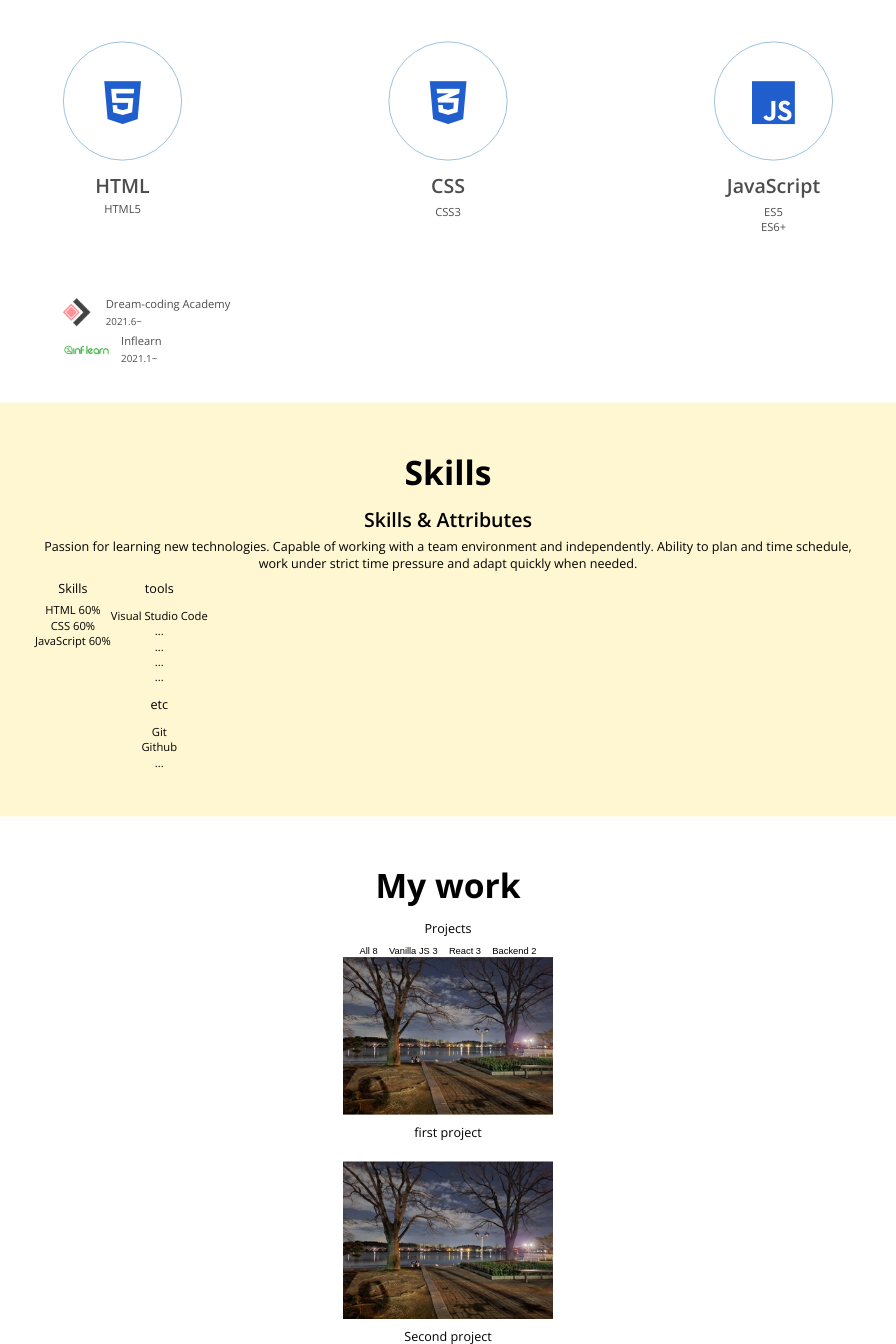
Repository: delphkim/portfolio
Page: index.html
The author's editor kept a copy of each file at every save. The page is drawn from the files as they stood at one save, then again after the next save.
The browser window is 1280 px wide. The pictures show the part of the page from y = 976 to 2896 px (the page is 5923 px tall), at 70% of full size.
Some web libraries are served in a nearby version.

Above is the page before, as saved 2021-08-04 13:04:54.

### index.html
<!DOCTYPE html>
<html lang="en">
  <head>
    <meta charset="UTF-8" />
    <meta http-equiv="X-UA-Compatible" content="IE=edge" />
    <meta name="viewport" content="width=device-width, initial-scale=1.0" />
    <title>DevelPhaba's Portfolio</title>
    <meta name="description" content="Portfolio for world-reknowned software engineer develPhaba"/>
    <meta name="author" content="develPhaba" />
    <link rel="icon" type="img/png" href="./imgs/favicon.png">
    <script src="https://kit.fontawesome.com/d2b892ca94.js" crossorigin="anonymous"></script>
    <link rel="preconnect" href="https://fonts.googleapis.com" />
    <link rel="preconnect" href="https://fonts.gstatic.com" crossorigin />
    <link href="https://fonts.googleapis.com/css2?family=Open+Sans:wght@400;600;700&display=swap" rel="stylesheet"/>
    <!-- CSS rules to specify families -->
    <!-- 1. font-family: 'Open Sans', sans-serif;  -->
    <link rel="stylesheet" href="./style.css">
    <script src="./main.js" defer></script>
  </head>
  <body>
    <!-- Navbar -->
    <nav id="navbar">
      <div class="navbar__logo">
        <img class="navbar__icon" src="./imgs/favicon.png" alt="logo">
        <a href="#">develPhaba</a>
      </div>

        <ul class="navbar__menu">
          <li class="navbar__menu__item active">Home</li>
          <li class="navbar__menu__item">About</li>
          <li class="navbar__menu__item">Skills</li>
          <li class="navbar__menu__item">My work</li>
          <li class="navbar__menu__item">Testimonials</li>
          <li class="navbar__menu__item">Contact</li>
        </ul>

    </nav>
    <!-- Home -->
    <section id="home">
      <img src="./imgs/home.jpg"
           alt="develPhabas' profile photo"
           class="home__avatar">
           <h1 class="home__title">Hello, <br>I'm develPhaba</br></h1>
           <h2 class="home__description">Front-end engineer, who wants to be a Full-stack engineer </h2>
           <button class="home__contact">Contact me</button>
    </section>
    <!-- About -->
    <section id="about" class="section section__container">
      <h1>About me</h1>
      <p>I've studied front-end skills.
        <br>After working as a front-end endgineer for several years,
        <br>I want to broaden my skill stack.
      </p>
      <div class="about__majors">
        <div class="major">
          <div class="major__icon">
            <i class="fab fa-html5"></i>
          </div>
          <h2 class="major__title">HTML</>
          <p class="major__description">HTML5</p>
        </div>
        <div class="major">
            <div class="major__icon">
              <i class="fab fa-css3-alt"></i>
            </div>
            <h2 class="major__title">CSS</h2>
            <p class="major__description">CSS3</p>
        </div>
        <div class="major">
          <div class="major__icon">
            <i class="fab fa-js"></i>
          </div>
          <h2 class="major__title">JavaScript</h2>
          <p class="major__description">ES5<br>ES6+</p>
        </div>
      </div>
      <div class="about__schools">
        <div class="school">
          <img src="./imgs/schools/dream-coding.png" alt="dream-coding" class="school__logo">
          <div class="school__description">
             <p class="school__title">Dream-coding Academy</p>
             <p class="school__years">2021.6~</p>
          </div>
        </div>
        <div class="school">
          <img src="./imgs/schools/inflearn.png" alt="inflearn" class="school__logo">
          <div class="school__description">
             <p class="school__title">Inflearn</p>
             <p class="school__years">2021.1~</p>
          </div>
        </div>
      </div>

    </section>
    <!-- Skills -->
     <section id="skills" class="section">
       <div class="section__container">
           <h1>Skills</h1>
  <h2>Skills & Attributes</h2>
  <p>
    Passion for learning new technologies. Capable of working with a team environment
    and independently. Ability to plan and time schedule, work under
    strict time pressure and adapt quickly when needed.
  </p>
  <div class="skillset">
    <div class="skillset__left">
      <h3 class="skillset__title">Skills</h3>
      <div class="skill">
        <div class="skill__description">
          <span>HTML</span>
          <span>60%</span>
        </div>
        <div class="skill__bar">
          <div class="skill__value"></div>
        </div>
      </div>
      <div class="skill">
        <div class="skill__description">
          <span>CSS</span>
          <span>60%</span>
        </div>
        <div class="skill__bar">
          <div class="skill__value"></div>
        </div>
      </div>
      <div class="skill">
        <div class="skill__description">
          <span>JavaScript</span>
          <span>60%</span>
        </div>
        <div class="skill__bar">
          <div class="skill__value"></div>
        </div>
      </div>
    </div>
    <div class="skillset__right">
      <div class="tools">
        <h3 class="skillset__title">tools</h3>
        <ul class="tools__list">
          <li><span>Visual Studio Code</span></li>
          <li><span>...</span></li>
          <li><span>...</span></li>
          <li><span>...</span></li>
          <li><span>...</span></li>
        </ul>
      </div>
      <div class="etc">
        <h3 class="skillset__title">etc</h3>
        <ul class="ect__list">
          <li><span>Git</span></li>
          <li><span>Github</span></li>
          <li><span>...</span></li>
        </ul>
      </div>
    </div>
  </div>
       </div>
    </section>
   <!-- Work -->
    <section id="work" class="section">
      <h1>My work</h1>
      <h3>Projects</h3>
      <div class="work__categories">
        <button class="category__btn">All <span class="category__count">8</span></button>
        <button class="category__btn">Vanilla JS <span class="category__count">3</span></button>
        <button class="category__btn">React <span class="category__count">3</span></button>
        <button class="category__btn">Backend <span class="category__count">2</span></button>
      </div>
      <div class="work__projects">
        <a href="https://github.com/develPhaba/test"
           class="project"
           targe="blank">
           <img class="project__img" src="./imgs/projects/1.jpg" alt="one">
           <div class="project__description">
             <h3>first project</h3>
             <span>Clone coding with HTML and CSS</span>
           </div>
        </a>
        <a href="https://github.com/develPhaba/test"
           class="project"
           target="blank">
           <img class="project__img" src="./imgs/projects/2.jpg" alt="two">
           <div class="project__description">
            <h3>Second project</h3>
            <span>Clone coding with HTML, CSS and JavaScript</span>
          </div>
        </a>
        <a href="https://github.com/develPhaba/test"
           class="project"
           target="blank">
           <img class="project__img" src="./imgs/projects/3.jpg" alt="three">
           <div class="project__description">
            <h3>third project</h3>
            <span>Clone coding with HTML,CSS and JavaScript</span>
           </div>
        </a>
        <a href="https://github.com/develPhaba/test"
           class="project"
           target="blank">
          <img class="project__img" src="./imgs/projects/4.jpg" alt="four">
          <div class="project__description">
            <h3>fourth project</h3>
            <span>Clone coding,Front-end with React</span>
          </div>
        </a>
        <a href="https://github.com/develPhaba/test"
           class="project"
           target="blank">
          <img class="project__img" src="./imgs/projects/5.jpg" alt="five">
          <div class="project__description">
            <h3>fifth project</h3>
            <span>Clone coding,Front-end with React</span>
          </div>
        </a>
        <a href="https://github.com/develPhaba/test"
           class="project"
           target="blank">
          <img class="project__img" src="./imgs/projects/6.jpg" alt="six">
          <div class="project__description">
            <h3>sixth project</h3>
            <span>Clone coding,Front-end with React</span>
          </div>
        </a>
        <a href="https://github.com/develPhaba/test"
           class="project"
           target="blank">
           <img class="project__img" src="./imgs/projects/7.jpg" alt="seven">
           <div class="project__description">
            <h3>seventh project</h3>
            <span>Clone coding, Back-end with Node.js</span>
           </div>
        </a>
        <a href="https://github.com/develPhaba/test"
           class="project"
           target="blank">
           <img class="project__img" src="./imgs/projects/8.jpg" alt="eight">
           <div class="project__description">
            <h3>eighth project</h3>
            <span>Clone coding, Back-end with Node.js</span>
           </div>
        </a>
      </div>
    </section>
    <!-- Testimonials -->
    <section id="testimonials" class="section">
      <h1>Testimonials</h1>
      <h3>See what they say about me</h3>
      <div class="testimonials">
        <div class="testimonial">
          <img src="./imgs/testimonial/people1.jpg"
               alt="people"
               class="testimonial__avatar">
               <div class="testimonial__speech-bubble">
                 <p>Lorem ipsum dolor sit amet consectetur adipisicing elit. Magnam, vitae.
                   Dolores sit in amet quos. Alias maiores accusantium dolore error illo eligendi,
                   vel sint aperiam nemo soluta debitis deserunt voluptas.</p>
                   <p class="name"><a href="https://github.com/develPhaba/test">TestName</a>/Test company</p>
               </div>
        </div>
        <div class="testimonial">
          <img src="./imgs/testimonial/people2.jpg"
               alt="people"
               class="testimonial__avatar">
               <div class="testimonial__speech-bubble">
                <p>Lorem ipsum dolor sit amet consectetur adipisicing elit. Magnam, vitae.
                  Dolores sit in amet quos. Alias maiores accusantium dolore error illo eligendi,
                  vel sint aperiam nemo soluta debitis deserunt voluptas.</p>
                <p class="name"><a href="https://github.com/develPhaba/test">TestName2</a>/Test company2</p>
              </div>
        </div>
      </div>
    </section>
    <!-- Contact -->
    <section id="contact" class="section">
      <h1 class="contact__title">Let's talk</h1>
      <h2 class="contact__email">hgkim9201@gmail.com</h2>
      <div class="contact__links">
      <a href="https://github.com/develPhaba">
        <i class="fa fa-github"></i>
      </a>
      <a href="">
      <i class="fa fa-linkedin-square"></i>
      </a>
      </div>
      <p class="contact__rights">Dreaming-coding Ellie -All rights reserved</p>
    </section>
  </body>
</html>

### style.css
:root {
  /* Color */
  --color-white: #ffffff;
  --color-light-white: #eeeeee;
  --color-dark-white: #bdbdbd;
  --color-pink: #fe918d;
  --color-dark-pink: #ff6863;
  --color-black: #4d4d4d;
  --color-dark-grey: #4d4d4d;
  --color-grey: #616161;
  --color-blue: #73aace;
  --color-yellow: #fff7d1;
  --color-orange: #feb546;
  --color-black: #000000;
  --color-green: #80deea;
  --color-sky-blue: #2979ff;
  --color-dark-blue: rgb(31, 94, 204);
  /* Font size */
  --font-large: 48px;
  --font-medium: 28px;
  --font-regular: 18px;
  --font-small: 16px;
  --font-micro: 14px;
  /* Font weight */
  --weight-bold: 700;
  --weight-semi-bold: 600;
  --weight-regular: 400;
  /* Size */
  --size-border-radius: 4px;
  /*Animation*/
  --animation-duration: 300ms;
}
/* Universal tags */
* {
  box-sizing: border-box;
}
body {
  font-family: "Open Sans", sans-serif;
  margin: 0;
  cursor: default;
}
a {
  text-decoration: none;
  color: var(--color-white);
}
ul {
  list-style: none;
  padding-left: 0;
}
h1 {
  font-size: var(--font-large);
  font-weight: var(--weight-bold);
  color: var(--color-black);
  margin: 16px 0;
}
h2 {
  font-size: var(--font-medium);
  font-weight: var(--weight-semi-bold);
  color: var(--color-black);
  margin: 8px 0;
}
h3 {
  font-size: var(--font-regular);
  font-weight: var(--weight-regular);
  color: var(--color-black);
  margin: 8px 0;
}
p {
  font-size: var(--font-regular);
  font-weight: var(--weight-regular);
  color: var(--color-black);
  margin: 4px 0;
}
button {
  background-color: transparent;
  cursor: pointer;
  border: none;
  outline: none;
}
/* Navbar */
#navbar {
  display: flex;
  justify-content: space-between;
  background-color: var(--color-sky-blue);
  align-items: center;
  color: var(--color-white);
  padding: 16px;
}
.navbar__logo {
  font-size: var(--font-medium);
  font-weight: var(--weight-semi-bold);
}
.navbar__icon {
  width: var(--font-medium);
  height: var(--font-medium);
}
.navbar__menu {
  display: flex;
}
.navbar__menu__item {
  padding: 8px 12px;
  margin: 0 4px;
  cursor: pointer;
  border-radius: var(--size-border-radius);
}
.navbar__menu__item:hover {
  background-color: var(--color-dark-blue);
}
.navbar__menu__item.active {
  border: 1px solid var(--color-white);
}
/*Home*/
#home {
  background: url(./imgs/homepage-background.png) center/cover no-repeat;
  padding: 40px;
  text-align: center;
}
.home__avatar {
  width: 250px;
  height: 250px;
  border-radius: 50%;
  border: 2px solid var(--color-light-white);
}
.home__title,
.home__description {
  color: var(--color-white);
}
.home__contact {
  color: var(--color-white);
  font-size: var(--font-regular);
  font-weight: var(--weight-bold);
  margin: 24px;
  padding: 8px 12px;
  border: 2px solid var(--color-white);
  border-radius: var(--size-border-radius);
}
/* Section common */
.section {
  text-align: center;
  padding: 50px;
  margin: auto;
}
.section__container {
  max-width: 1200px;
  margin: auto;
}
/* About me */
.about__majors {
  display: flex;
  justify-content: space-between;
  margin: 80px 0;
}
.major__icon {
  color: var(--color-dark-blue);
  font-size: 70px;
  width: 170px;
  height: 170px;
  line-height: 170px;
  margin: auto;
  border: 1px solid var(--color-blue);
  border-radius: 50%;
  margin-bottom: 16px;
}
.major__title,
.major__description {
  color: var(--color-dark-grey);
}
.major__description {
  font-size: var(--font-small);
}
.major__icon i {
  transition: all var(--animation-duration) ease;
}
.major__icon:hover i {
  transform: rotate(-30deg) scale(1.1);
  color: var(--color-dark-pink);
}
.school {
  display: flex;
  align-items: center;
}
.school__description {
  margin: 0 16px;
  text-align: left;
}
.school__title,
.school__years {
  color: var(--color-dark-grey);
}

.school__title {
  font-size: var(--font-small);
}
.school__years {
  font-size: var(--font-micro);
}
/* Skills */
#skills {
  background-color: var(--color-yellow);
}
.skillset {
  display: flex;
}

Loaded but not shown: main.js (no stored copy; drawn as an empty file)

After the next save:
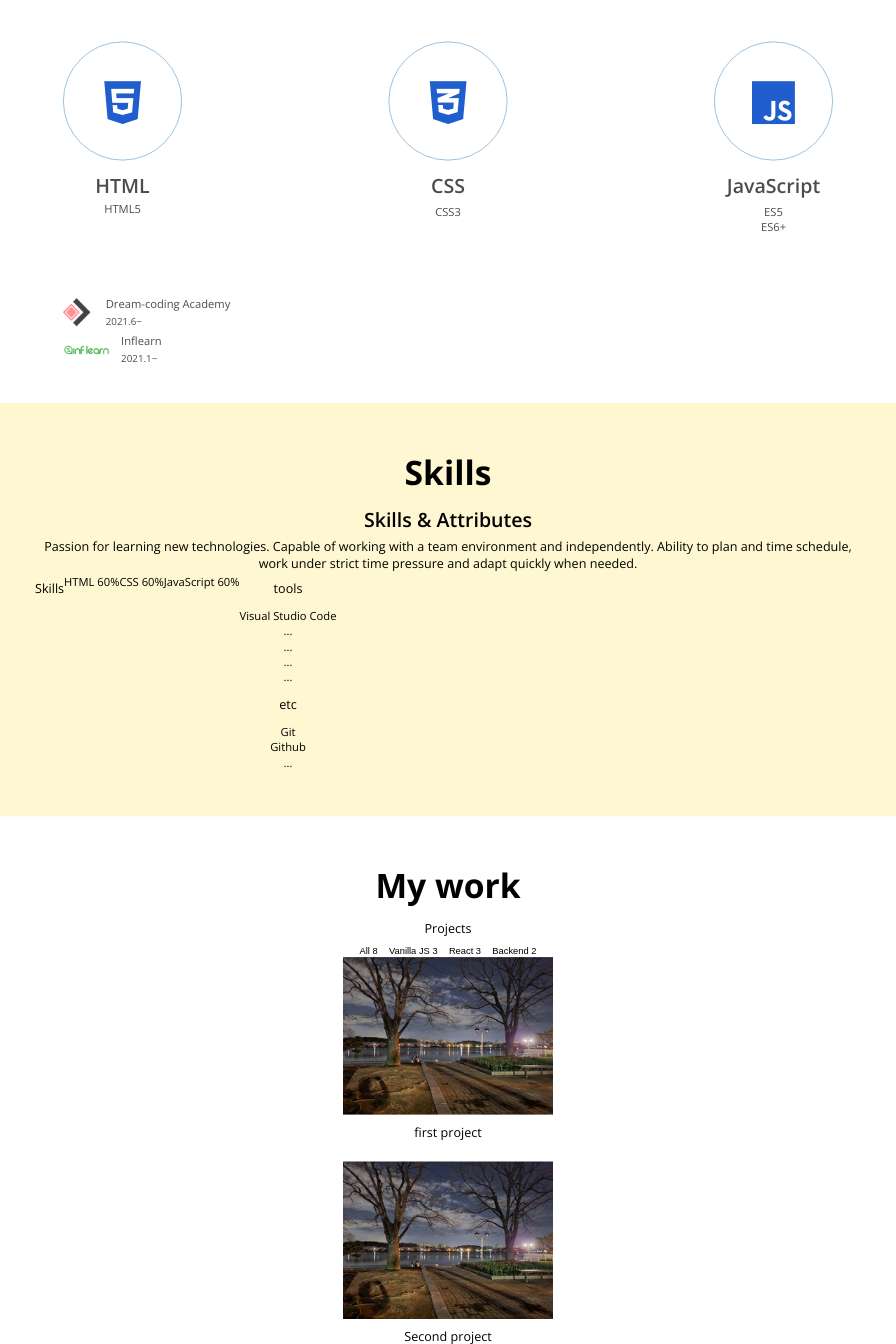
Saved 2 min 37 s later.
--- a/style.css
+++ b/style.css
@@ -201,3 +201,8 @@
 .skillset {
   display: flex;
 }
+.skillset__left {
+  display: flex;
+}
+.skillset__right {
+}
